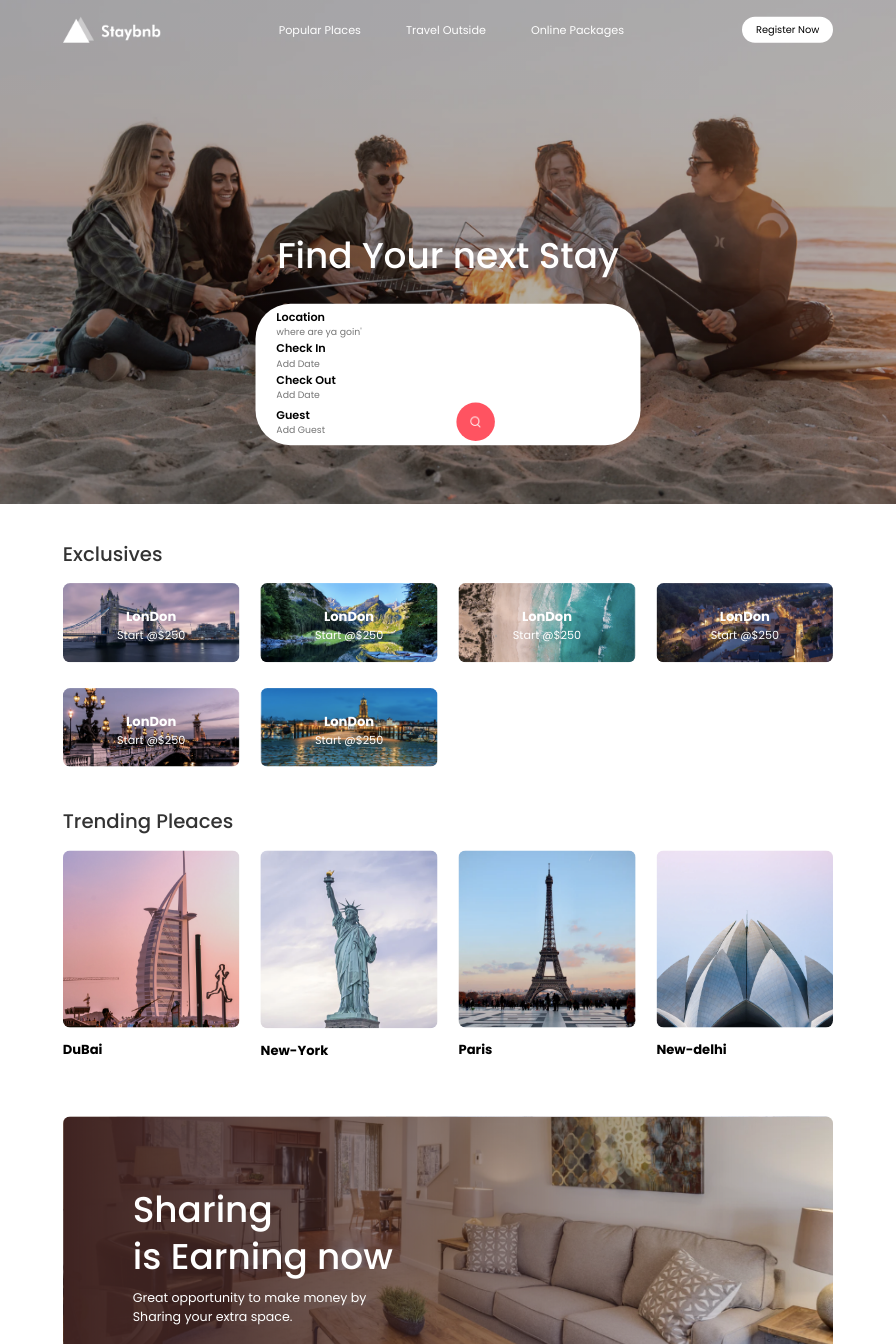
Repository: pinocoding/AirBnB
Page: house.html
The author's editor kept a copy of each file at every save. The page is drawn from the files as they stood at one save, then again after the next save.
The browser window is 1280 px wide. The pictures show the part of the page from y = 0 to 1920 px (the page is 3026 px tall before and 3051 px after), at 70% of full size.

Above is the page before, as saved 2022-01-23 16:33:28.

After the next save:
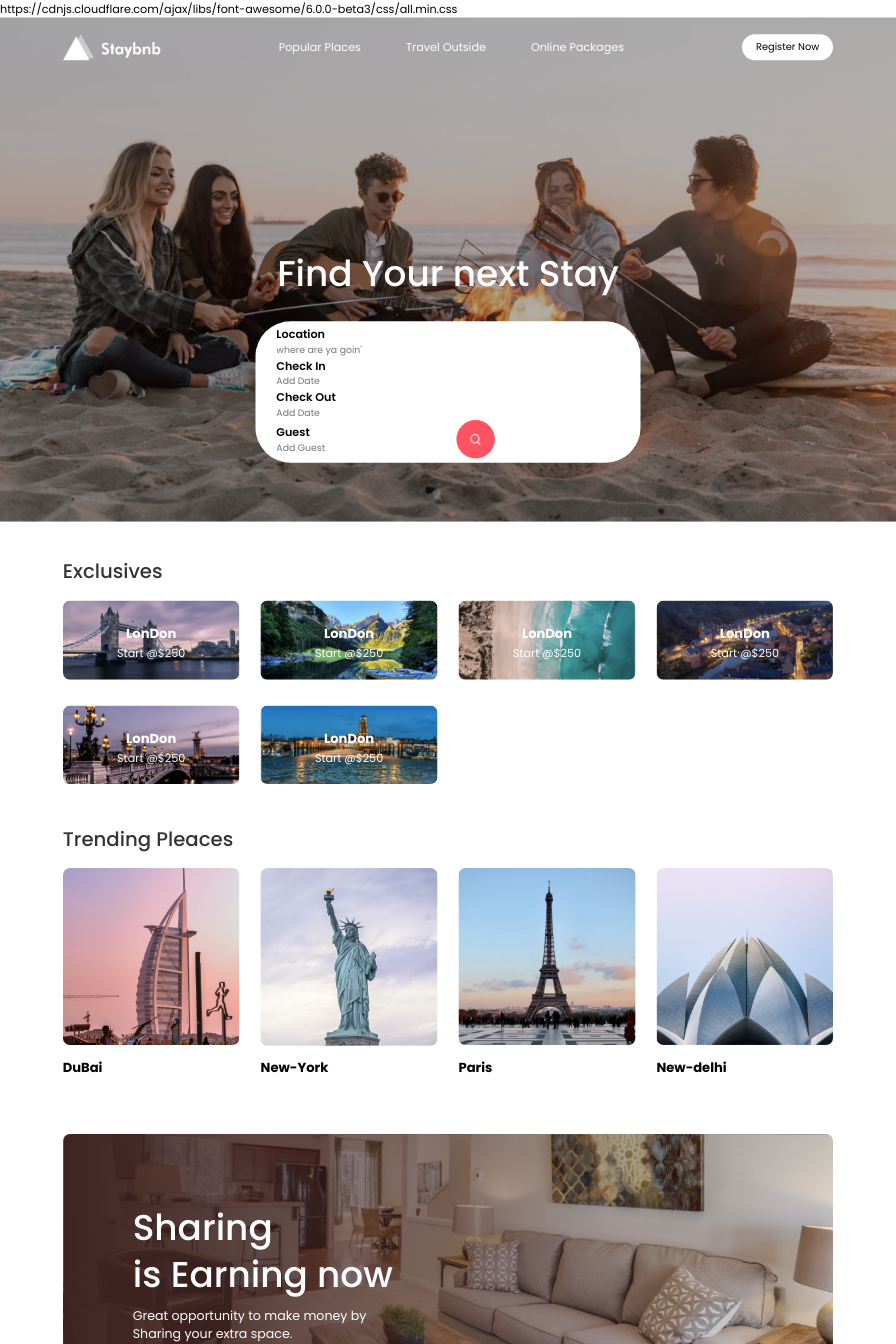
Saved 8 min 28 s later.
--- a/house.html
+++ b/house.html
@@ -5,6 +5,7 @@
   <meta http-equiv="X-UA-Compatible" content="IE=edge">
   <meta name="viewport" content="width=device-width, initial-scale=1.0">
   <link rel="stylesheet" href="./style.css">
+  https://cdnjs.cloudflare.com/ajax/libs/font-awesome/6.0.0-beta3/css/all.min.css
   <title>AirBnB</title>
 </head>
 <body>

After the save that followed:
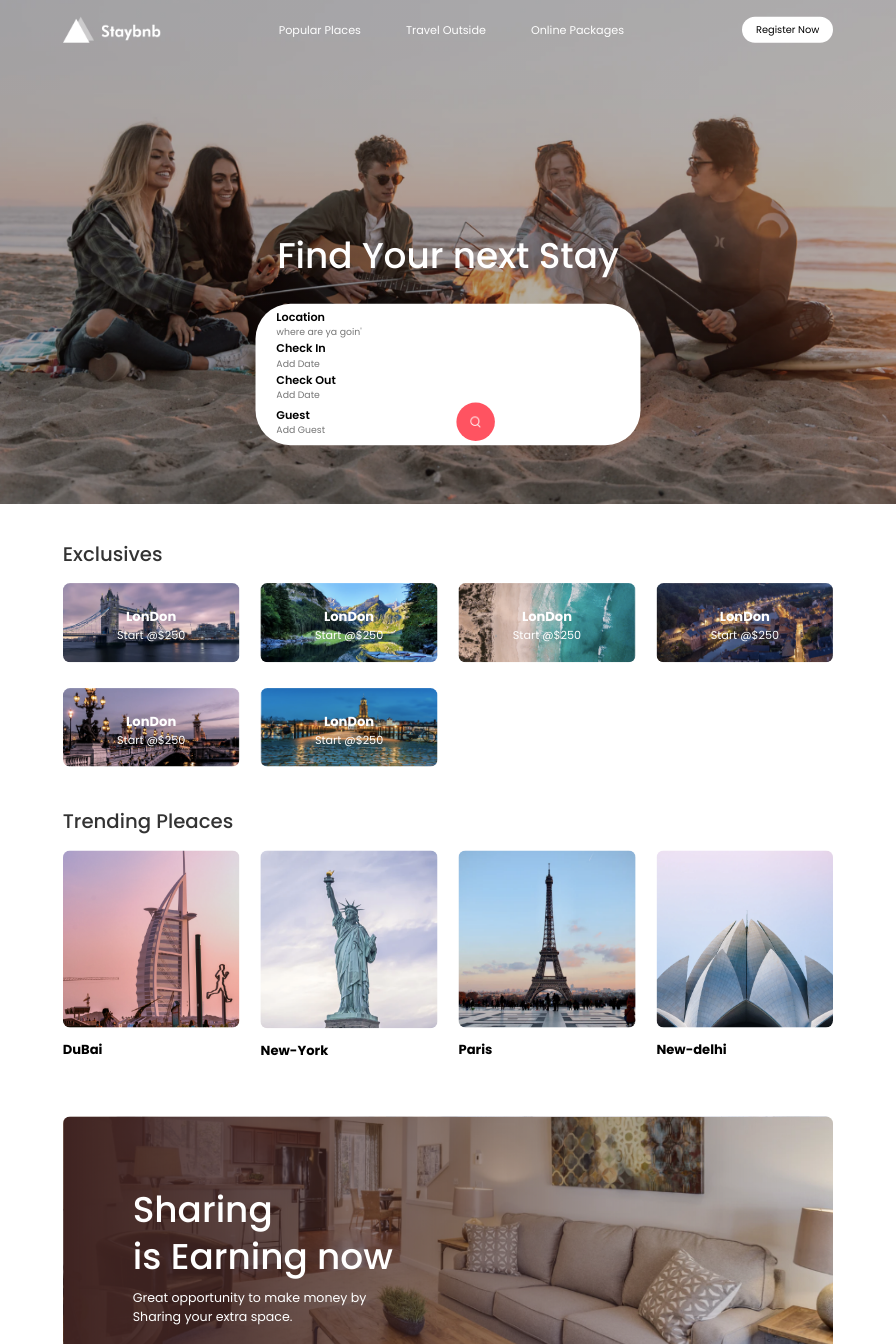
Saved 10 s later.
--- a/house.html
+++ b/house.html
@@ -5,7 +5,7 @@
   <meta http-equiv="X-UA-Compatible" content="IE=edge">
   <meta name="viewport" content="width=device-width, initial-scale=1.0">
   <link rel="stylesheet" href="./style.css">
-  https://cdnjs.cloudflare.com/ajax/libs/font-awesome/6.0.0-beta3/css/all.min.css
+  <link rel="stylesheet" href="https://cdnjs.cloudflare.com/ajax/libs/font-awesome/6.0.0-beta3/css/all.min.css">
   <title>AirBnB</title>
 </head>
 <body>
